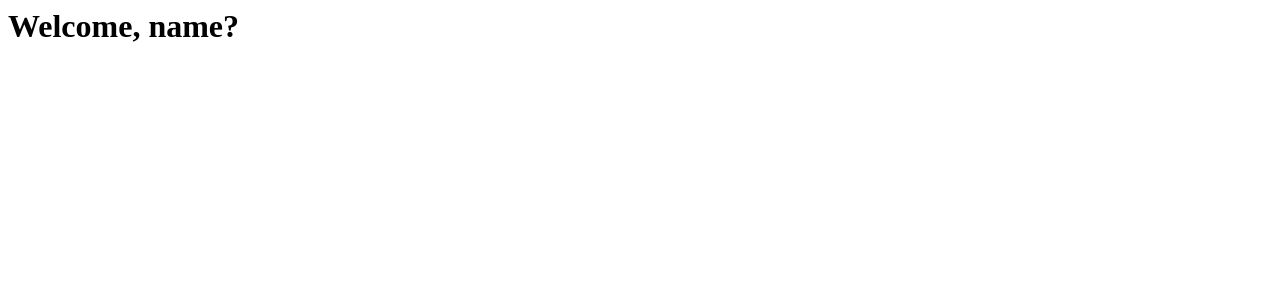
Repository: collyrium921/myproject
Page: http://localhost/
The author's editor kept a copy of each file at every save. The page is drawn from the files as they stood at one save, then again after the next save.
The browser window is 1280 px wide. The pictures show the whole page.
The page is served by the project's application, run on Django 4.2 (manage.py). Other server files are loaded and not shown.

Above is the page before, as saved 2022-12-01 15:26:35.

### templates/index.html
<h1>
   Welcome, name?
</h1>

### myapp/views.py
from django.shortcuts import render
from django.http import HttpResponse
# Create your views here.
def index(request):
    # return HttpResponse('<h1>Hey, Welcome</h1>')
    # for rendering HTML files
    name = 'John'
    return render(request, 'index.html', {'name':name})

### myapp/urls.py
from django.urls import path
from . import views
urlpatterns = [
    path('', views.index, name='index')
]

Loaded but not shown: myproject/urls.py (common file)

After the next save:
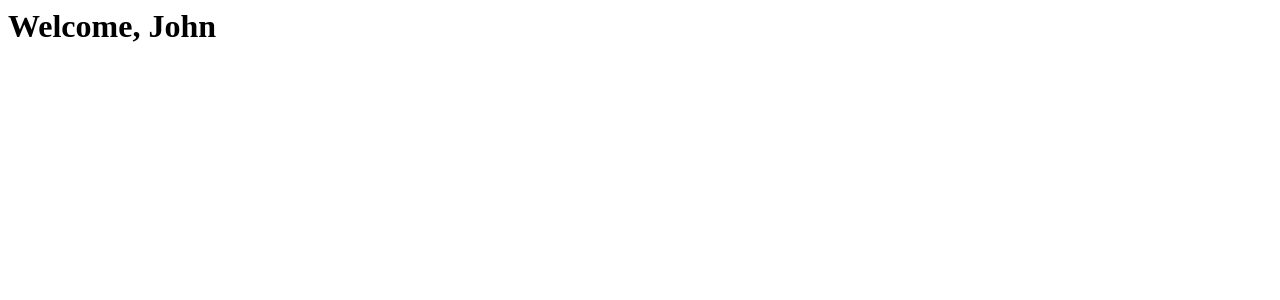
Saved 6 s later.
--- a/templates/index.html
+++ b/templates/index.html
@@ -1,3 +1,3 @@
 <h1>
-   Welcome, name?
+   Welcome, {{name}}
 </h1>
